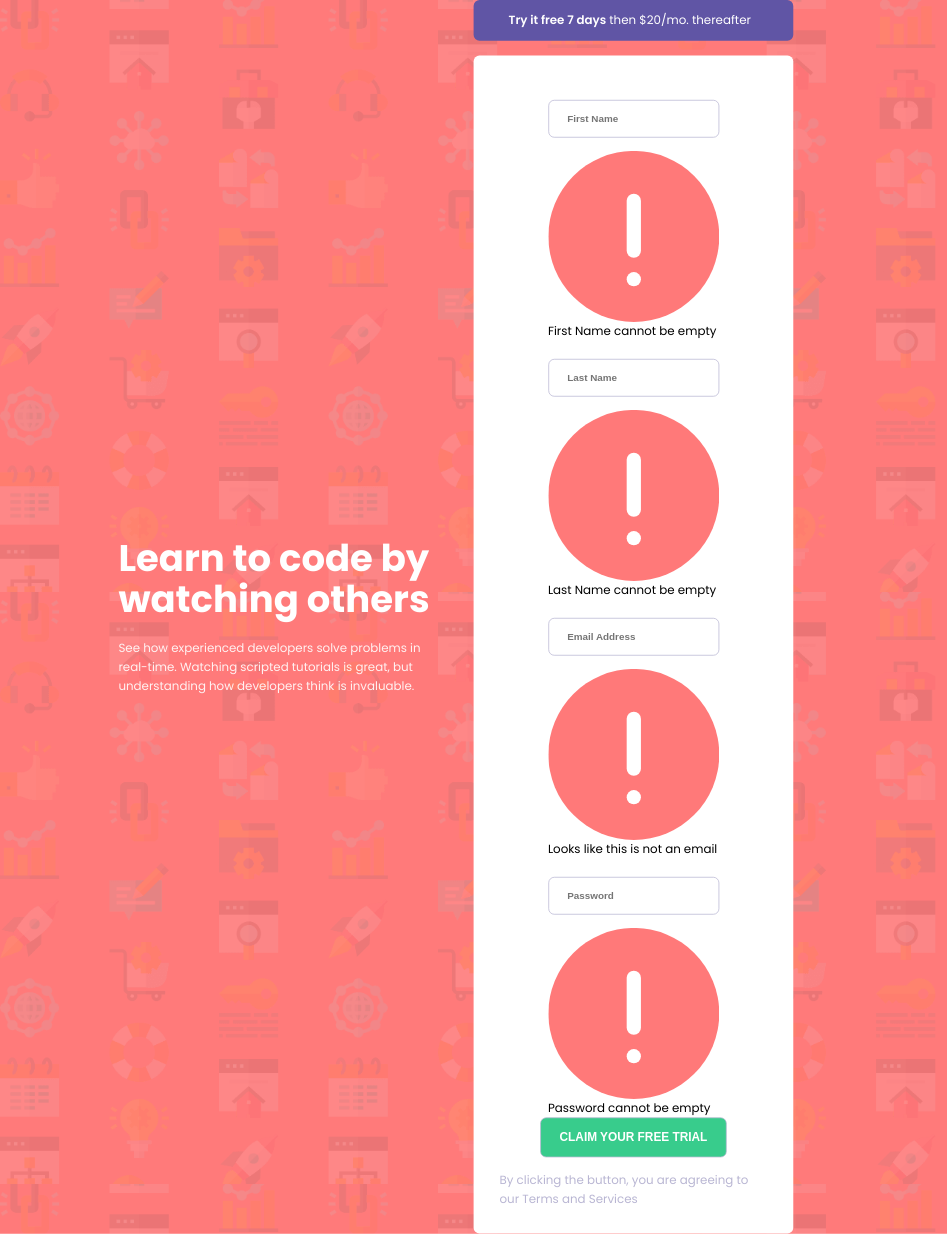
Repository: cipdanila/intro-component-with-sign-up-form
Page: v1/index.html
An editor plug-in stored every save of this project. The page is shown before and after the next save, followed by the edit.
The browser window is 1280 px wide. The pictures show the whole page, at 74% of full size.

Above is the page before, as saved 2024-02-19 18:58:19.

After the next save:
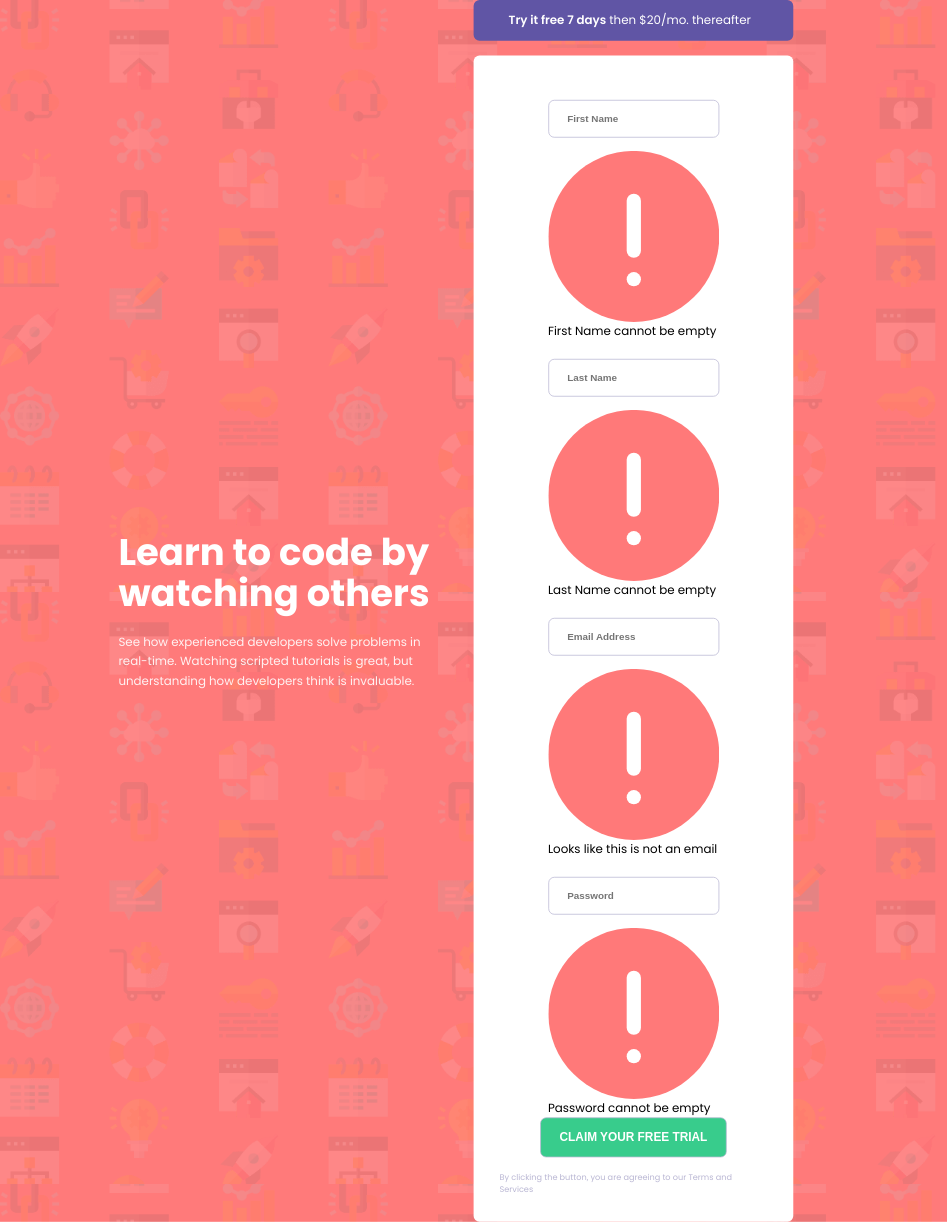
Saved 17 s later.
--- a/v1/style/style.css
+++ b/v1/style/style.css
@@ -110,4 +110,6 @@
 
 form p {
     color: var(--grayish-blue);
+    font-size: 11px;
+    margin: auto;
 }
